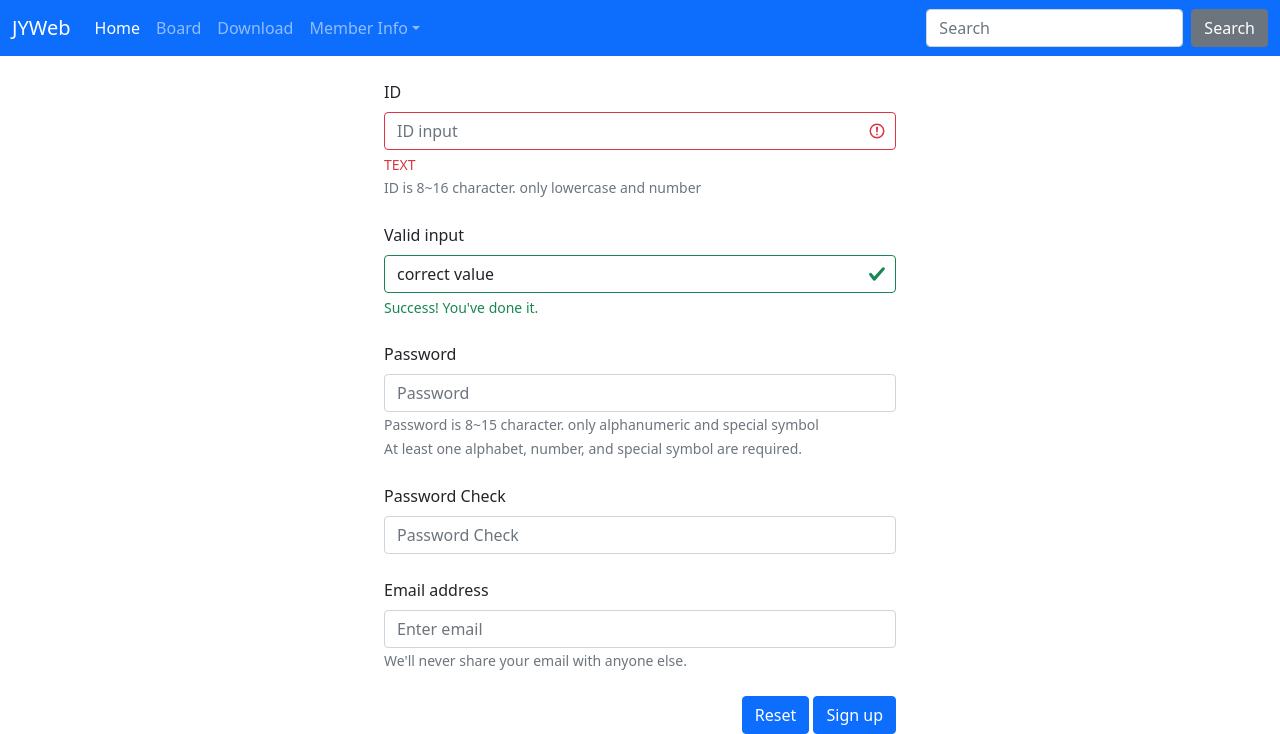
Repository: kjy4926/Javastudy
Page: http://localhost/web_service/signup
An editor plug-in stored every save of this project. The page is shown before and after the next save, followed by the edit.
The browser window is 1280 px wide. The pictures show the whole page.
The page is served by Tomcat 9. Other server files are loaded and not shown.

Above is the page before, as saved 2022-06-03 03:41:09.

### jspworkspace/web_service/WebContent/docs/signup.jsp
<%@page import="data_board.MemberDAO"%>
<%@ page language="java" contentType="text/html; charset=UTF-8"
    pageEncoding="UTF-8"%>
<%@taglib uri="http://java.sun.com/jsp/jstl/core" prefix="c" %>
<!DOCTYPE html>
<html>
<head>
	<title>Sign up</title>
	<meta charset="UTF-8">
	<link href="https://cdn.jsdelivr.net/npm/bootstrap@5.1.3/dist/css/bootstrap.min.css" rel="stylesheet" integrity="sha384-1BmE4kWBq78iYhFldvKuhfTAU6auU8tT94WrHftjDbrCEXSU1oBoqyl2QvZ6jIW3" crossorigin="anonymous">
	<link href="${pageContext.request.contextPath}/docs/css/bootstrap.min.css" rel="stylesheet">
	<style>
		.loginform{
			width: 40%;
			margin: auto;
		}
		.submit-reset{
			float: right;
		}
	</style>
	<script src="https://ajax.googleapis.com/ajax/libs/jquery/3.6.0/jquery.min.js"></script>
	<script src="${pageContext.request.contextPath}/docs/signup.js"></script>
</head>
<body>
	<c:import url="nav.jsp"></c:import>
	<section class="loginform">
		<form method="post" name="signup-form" onsubmit="return signUp(this)" action="signup">
			<div class="form-group has-success has-danger">
				<label class="form-label mt-4" for="inputID">ID</label>
				<input type="text" placeholder="ID input" class="form-control is-valid is-invalid" id="inputID" name="id"
				 	pattern="^[a-z][a-z0-9]{7,15}$" oninput="idDuplicateCheck(this.form)" required>
				<div class="invalid-feedback">TEXT</div>
				<small id="idHelp" class="form-text text-muted">ID is 8~16 character. only lowercase and number</small>
				<input type="hidden" id="dupflag" name="dupck" value="0">
				<div class="form-group has-success">
				  <label class="form-label mt-4" for="inputValid">Valid input</label>
				  <input type="text" value="correct value" class="form-control is-valid" id="inputValid">
				  <div class="valid-feedback">Success! You've done it.</div>
				</div>
			</div>
			<div class="form-group">
		      <label for="InputPassword" class="form-label mt-4">Password</label>
		      <input type="password" class="form-control" id="inputPwd" name="pwd" placeholder="Password"
		      		pattern="^(?=.*[A-Za-z])(?=.*\d)(?=.*[$@$!%*#?&])[A-Za-z\d$@$!%*#?&]{8,15}$$" required>
		      <small id="pwdHelp" class="form-text text-muted">Password is 8~15 character. only alphanumeric and special symbol</small><br>
		      <small id="pwdHelp2" class="form-text text-muted">At least one alphabet, number, and special symbol are required.</small>
		    </div>
		    <div class="form-group">
		      <label for="InputPasswordCheck" class="form-label mt-4">Password Check</label>
		      <input type="password" class="form-control" id="inputPwdck" name="pwdck" placeholder="Password Check"
		      		pattern="^(?=.*[A-Za-z])(?=.*\d)(?=.*[$@$!%*#?&])[A-Za-z\d$@$!%*#?&]{8,15}$$" required>
		    </div>
		    <div class="form-group">
		      <label for="InputEmail1" class="form-label mt-4">Email address</label>
		      <input type="email" class="form-control" id="inputEmail1" name="email"
		      		pattern="^[0-9a-zA-Z]([-_.]?[0-9a-zA-Z])*@[0-9a-zA-Z]([-_.]?[0-9a-zA-Z])*.[a-zA-Z]{2,3}$" aria-describedby="emailHelp" placeholder="Enter email" required>
		      <small id="emailHelp" class="form-text text-muted">We'll never share your email with anyone else.</small>
		    </div><br>
		    <fieldset class="submit-reset">
			    <button type="reset" class="btn btn-primary">Reset</button>
			    <button type="submit" class="btn btn-primary">Sign up</button>
		    </fieldset>
		</form>
	</section>
	<script src="https://cdn.jsdelivr.net/npm/bootstrap@5.1.3/dist/js/bootstrap.bundle.min.js" integrity="sha384-ka7Sk0Gln4gmtz2MlQnikT1wXgYsOg+OMhuP+IlRH9sENBO0LRn5q+8nbTov4+1p" crossorigin="anonymous"></script>
</body>
</html>

### jspworkspace/web_service/WebContent/docs/nav.jsp
<%@ page language="java" contentType="text/html; charset=UTF-8"
    pageEncoding="UTF-8"%>
<%@taglib uri="http://java.sun.com/jsp/jstl/core" prefix="c" %>
<!DOCTYPE html>
<html>
<head>
	<meta charset="UTF-8">
	<title>navigation</title>
</head>
<body>
	<nav class="navbar navbar-expand-lg navbar-dark bg-primary">
	  <div class="container-fluid">
	    <a class="navbar-brand" href="${pageContext.request.contextPath}/index">JYWeb</a>
	    <button class="navbar-toggler" type="button" data-bs-toggle="collapse" data-bs-target="#navbarColor01" aria-controls="navbarColor01" aria-expanded="true" aria-label="Toggle navigation">
	      <span class="navbar-toggler-icon"></span>
	    </button>

	    <div class="navbar-collapse collapse show" id="navbarColor01" style="">
	      <ul class="navbar-nav me-auto">
	        <li class="nav-item">
	          <a class="nav-link active" href="${pageContext.request.contextPath}/index">Home
	            <span class="visually-hidden">(current)</span>
	          </a>
	        </li>
	        <li class="nav-item">
	          <a class="nav-link" href="#">Board</a>
	        </li>
	        <li class="nav-item">
	          <a class="nav-link" href="#">Download</a>
	        </li>
	        <li class="nav-item dropdown">
	          <a class="nav-link dropdown-toggle" data-bs-toggle="dropdown" href="#" role="button" aria-haspopup="true" aria-expanded="false">Member Info</a>
	          <c:choose>
	          	<c:when test="${empty sessionScope.loginID}">
		          	<div class="dropdown-menu">
			            <a class="dropdown-item" href="${pageContext.request.contextPath}/loginform">Login</a>
			            <div class="dropdown-divider"></div>
			            <a class="dropdown-item" href="${pageContext.request.contextPath}/signupform">Sign up</a>
		          	</div>
	          	</c:when>
	          	<c:otherwise>
	          		<div class="dropdown-menu">
			            <a class="dropdown-item" href="#">ID</a>
			            <div class="dropdown-divider"></div>
			            <a class="dropdown-item" href="${pageContext.request.contextPath}/logout">Logout</a>
		          	</div>
	          	</c:otherwise>
	          </c:choose>
	        </li>
	      </ul>
	      <form class="d-flex">
	        <input class="form-control me-sm-2" type="text" placeholder="Search">
	        <button class="btn btn-secondary my-2 my-sm-0" type="submit">Search</button>
	      </form>
	    </div>
	  </div>
	</nav>
</body>
</html>

### jspworkspace/web_service/src/data_board/DispatcherServlet.java
package data_board;

import java.io.IOException;
import java.util.HashMap;

import javax.servlet.ServletException;
import javax.servlet.annotation.WebServlet;
import javax.servlet.http.HttpServlet;
import javax.servlet.http.HttpServletRequest;
import javax.servlet.http.HttpServletResponse;

@WebServlet("/")
public class DispatcherServlet extends HttpServlet {
	private HashMap<String, Handler> map = new HashMap<>();

	@Override
	public void init() throws ServletException {
		map.put("/idcheck", new IdCheck());
		map.put("/signup", new SignUp());
		map.put("/login", new Login());
	}

	@Override
	protected void doGet(HttpServletRequest req, HttpServletResponse resp) throws ServletException, IOException {
		process(req, resp);
	}

	@Override
	protected void doPost(HttpServletRequest req, HttpServletResponse resp) throws ServletException, IOException {
		process(req, resp);
	}

	private void process(HttpServletRequest req, HttpServletResponse resp) {
		String uri = req.getRequestURI();
		String ctxPath = req.getContextPath();
		String cmd = uri.substring(ctxPath.length());
		String prefix = "/docs/";
		String suffix = ".jsp";
		String viewPage = "";
		try {
			Handler handler = map.get(cmd);
			if(cmd.equals("/index")) {
				viewPage = "index";
			}
			else if(cmd.equals("/loginform")) {
				viewPage = "login";
			}
			else if(cmd.equals("/signupform")) {
				viewPage = "signup";
			}
			else if(handler == null) {
				return;
			}else {
				viewPage = handler.handling(req, resp);
			}
			req.getRequestDispatcher(prefix + viewPage + suffix).forward(req, resp);
		} catch(Exception e) {
			e.printStackTrace();
		}
	}
}

### jspworkspace/web_service/src/data_board/Handler.java
package data_board;

import java.io.IOException;

import javax.servlet.ServletException;
import javax.servlet.http.HttpServletRequest;
import javax.servlet.http.HttpServletResponse;

public interface Handler {
	public String handling(HttpServletRequest req, HttpServletResponse resp) throws ServletException, IOException;
}

### jspworkspace/web_service/src/data_board/IdCheck.java
package data_board;

import java.io.IOException;
import java.io.PrintWriter;

import javax.servlet.ServletException;
import javax.servlet.http.HttpServletRequest;
import javax.servlet.http.HttpServletResponse;

public class IdCheck implements Handler{
	@Override
	public String handling(HttpServletRequest req, HttpServletResponse resp) throws ServletException, IOException {
		MemberDAO mdao = MemberDAO.getInstance();
		PrintWriter out = resp.getWriter();
		int idcheck = 0;
		// 중복이 아니라면
		if(!mdao.idDuplicateCheck(req.getParameter("userId"))) {
			idcheck= 1;
		}
		req.setAttribute("idcheck", idcheck);
		return "idcheck";
	}
}

### jspworkspace/web_service/src/data_board/SignUp.java
package data_board;

import java.io.IOException;

import javax.servlet.ServletException;
import javax.servlet.http.HttpServletRequest;
import javax.servlet.http.HttpServletResponse;

public class SignUp implements Handler{

	@Override
	public String handling(HttpServletRequest req, HttpServletResponse resp) throws ServletException, IOException {
		// TODO Auto-generated method stub
		return "signup";
	}

}

### jspworkspace/web_service/src/data_board/Login.java
package data_board;

import java.io.IOException;

import javax.servlet.ServletException;
import javax.servlet.http.HttpServletRequest;
import javax.servlet.http.HttpServletResponse;

public class Login implements Handler{

	@Override
	public String handling(HttpServletRequest req, HttpServletResponse resp) throws ServletException, IOException {
		// TODO Auto-generated method stub
		return "login";
	}

}

After the next save:
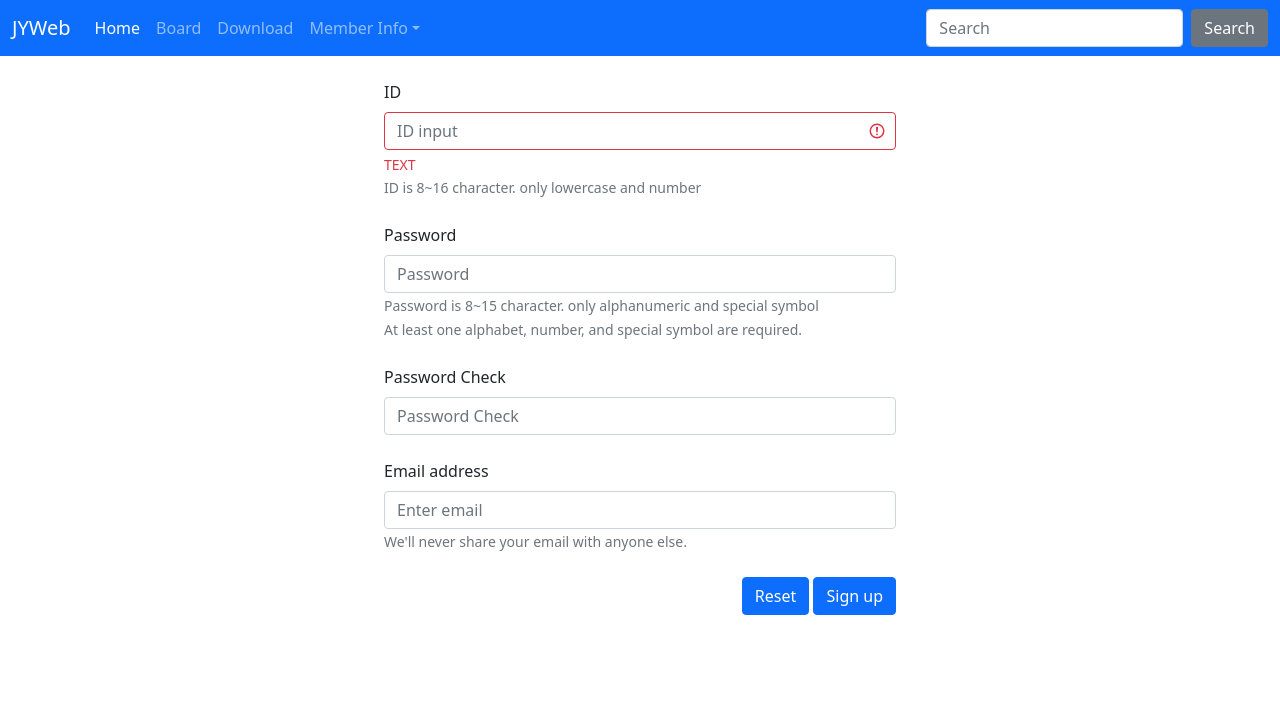
Saved 21 s later.
--- a/jspworkspace/web_service/WebContent/docs/signup.jsp
+++ b/jspworkspace/web_service/WebContent/docs/signup.jsp
@@ -32,11 +32,6 @@
 				<div class="invalid-feedback">TEXT</div>
 				<small id="idHelp" class="form-text text-muted">ID is 8~16 character. only lowercase and number</small>
 				<input type="hidden" id="dupflag" name="dupck" value="0">
-				<div class="form-group has-success">
-				  <label class="form-label mt-4" for="inputValid">Valid input</label>
-				  <input type="text" value="correct value" class="form-control is-valid" id="inputValid">
-				  <div class="valid-feedback">Success! You've done it.</div>
-				</div>
 			</div>
 			<div class="form-group">
 		      <label for="InputPassword" class="form-label mt-4">Password</label>
